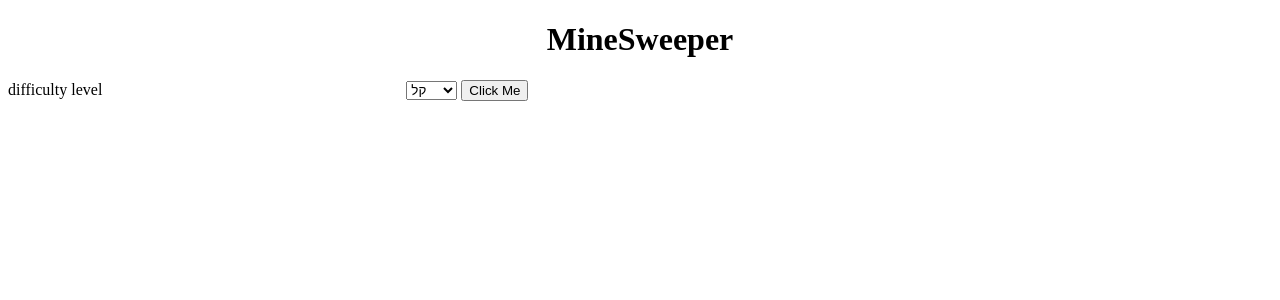
Repository: issaRan/MineSweeper
Page: html/index.html
These files come from the project's save history. The page is drawn as it stood at one moment and after the next save; the edit follows.
The browser window is 1280 px wide. The pictures show the whole page.

Above is the page before, as saved 2020-10-20 15:48:32.

### html/index.html
<!DOCTYPE html>
<html lang="en">
<head>
    <meta charset="UTF-8">
    <meta name="viewport" content="width=device-width, initial-scale=1.0">
    <title>MineSweeper</title>
    <link rel="stylesheet" href="../css/styles.css">
    <script src="../js/index.js"></script>
</head>
<body>
    <h1>MineSweeper</h1>
    <label for="cars">difficulty level</label>
    <select id="cars">
    <option value="volvo">קל</option>
    <option value="saab">בינוני</option>
    <option value="opel">קשה</option>
    </select>
    <button onclick="myFunction()">Click Me</button>
</body>
</html>

### css/styles.css
h1{
    text-align: center;
}
select {
    margin-left: 300px;
}

### js/index.js
function myFunction(){
    alert("bUGA")
}

After the next save:
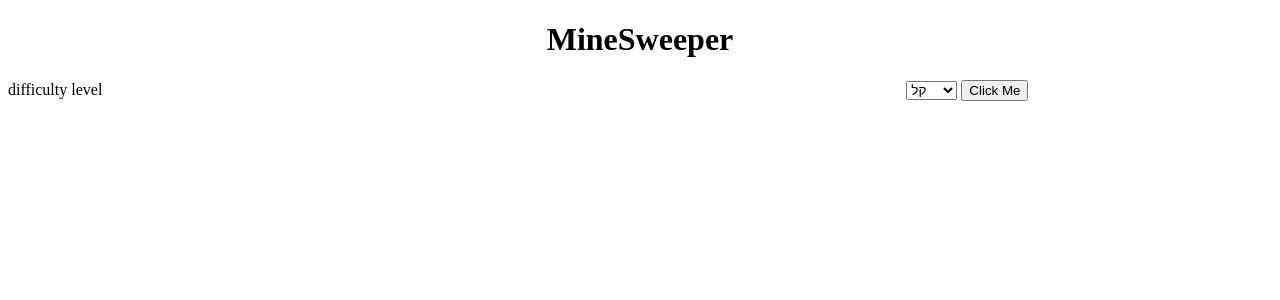
Saved 10 s later.
--- a/css/styles.css
+++ b/css/styles.css
@@ -2,5 +2,5 @@ h1{
     text-align: center;
 }
 select {
-    margin-left: 300px;
+    margin-left: 800px;
 }
